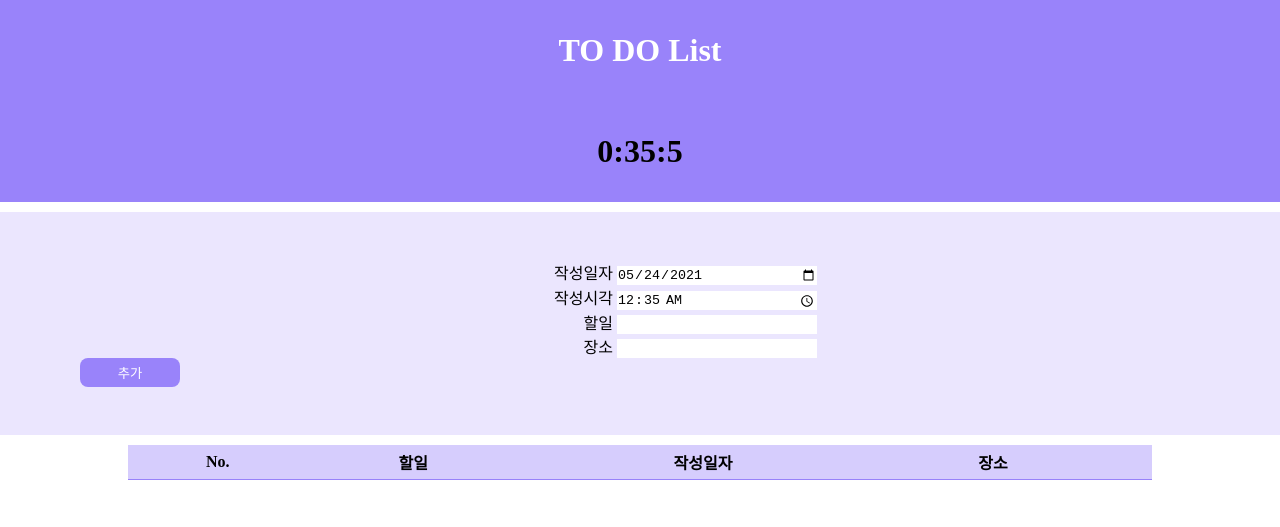
Repository: soyeon-noh/TodoList_Project
Page: http://localhost/Server_PR_TodoList/
An editor plug-in stored every save of this project. The page is shown before and after a run of saves, followed by the edit.
The browser window is 1280 px wide. The pictures show the whole page.
The page is served by Tomcat 9. Queries for data that is not in the repository find no rows.

Above is the page before, as saved 2021-05-25 04:27:46.

After the next 2 saves:
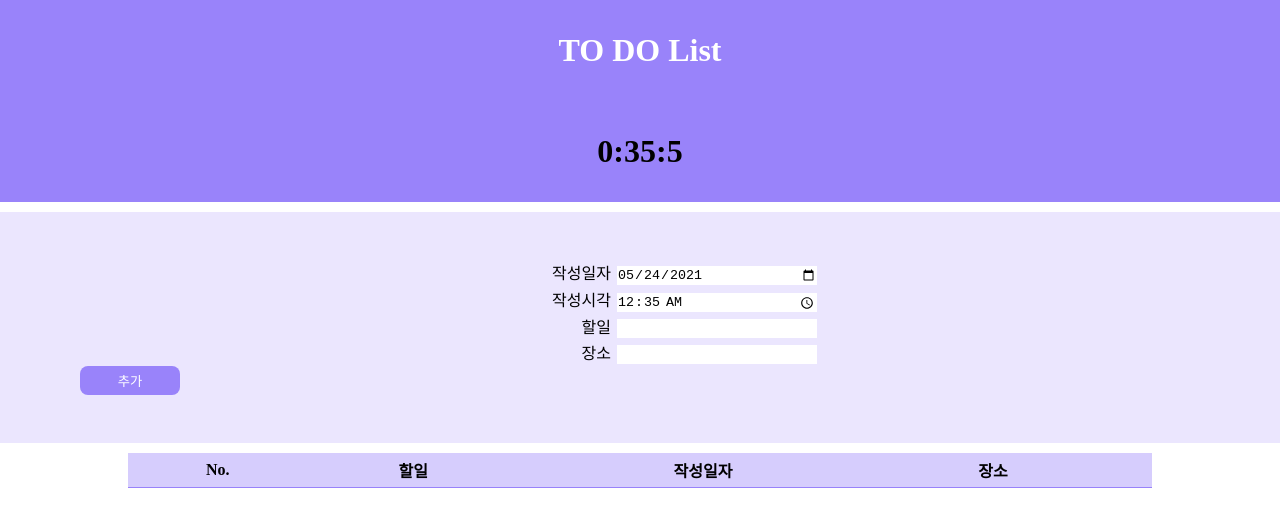
The 2 saves are shown as one change because they came seconds apart.
The last was saved 40 s later.
--- a/Server_PR_TodoList/src/main/webapp/static/css/home.css
+++ b/Server_PR_TodoList/src/main/webapp/static/css/home.css
@@ -36,6 +36,7 @@ form.v1 input{
 	width: 200px;
 	border: 1px;
 	height: 1.2rem;
+	margin: 2px;
 }
 
 form.v1 button{
